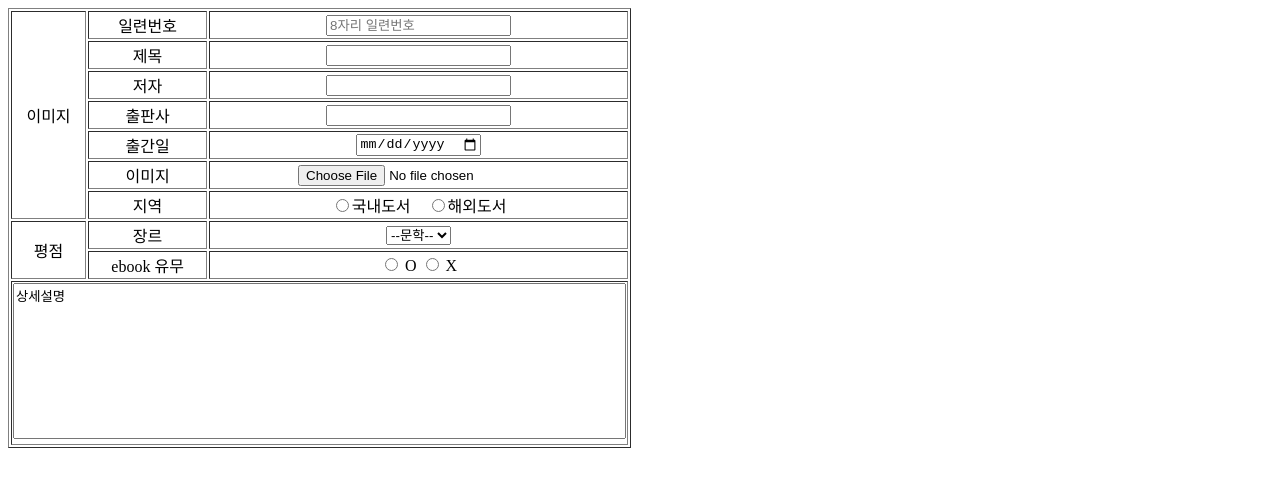
Repository: Served01/Project2_2209
Page: http://localhost/bookReviewProgram/bkListPro.jsp
The author's editor kept a copy of each file at every save. The page is drawn from the files as they stood at one save, then again after the next save.
The browser window is 1280 px wide. The pictures show the whole page.
The page is served by Tomcat 9. Other server files are loaded and not shown.

Above is the page before, as saved 2022-09-24 04:15:02.

### bookReviewProgram/src/main/webapp/bkListPro.jsp
<%@ page language="java" contentType="text/html; charset=UTF-8"
    pageEncoding="UTF-8"%>
<%request.setCharacterEncoding("UTF-8");%>
<!DOCTYPE html>
<html>
<head>
<meta charset="UTF-8">
<title>책 상세 정보 조회 화면</title>
</head>
<body>
<%

%>
<table border="1">
	<tr align = "center">
		<td rowspan="7">이미지</td>
		<td>일련번호</td>
		<td><input type="text" name="bk_number" placeholder="8자리 일련번호"/></td>
	</tr>
	<tr align = "center">
		<!-- <td> rowspan=7 -->
		<td>제목</td>
		<td><input type="text" name="bk_title"/></td>
	</tr>
	<tr align = "center">
		<!-- <td> rowspan=7 -->
		<td>저자</td>
		<td><input type="text" name="bk_writer"/></td>
	</tr>
	<tr align = "center">
		<!-- <td> rowspan=7 -->
		<td>출판사</td>
		<td><input type="text" name="bk_publisher"/></td>
	</tr>
	<tr align = "center">
		<!-- <td> rowspan=7 -->
		<td>출간일</td>
		<td><input type="date" name="bk_pubdate"/></td>
	</tr>
	<tr align = "center">
		<!-- <td> rowspan=7 -->
		<td>이미지</td>
		<td>&nbsp;&nbsp;&nbsp;<input type="file" value="파일 선택" name="bk_image"/>
	</tr>
	<tr align = "center">
		<!-- <td> rowspan=7 -->
		<td>지역</td>
		<td>
		<input type="radio" name="bk_local" value="0"/>국내도서
		&nbsp;&nbsp;
		<input type="radio" name="bk_local" value="1"/>해외도서
		</td>
	</tr>
	<tr align="center">
		<td rowspan="2">평점</td>
		<td>장르</td>
		<td>
			<select name="bk_genre">
				<option value="0">--문학--</option>
				<option value="1">--역사--</option>
				<option value="2">--소설--</option>
				<option value="3">--만화--</option>
				<option value="4">--기타--</option>
			</select>
		</td>
	</tr>
	<tr align="center">
		<!-- <td> rowspan=2 -->
		<td>ebook 유무</td>
		<td>
			<input type="radio" name="bk_ebook" value="0"/> O
			<input type="radio" name="bk_ebook" value="1"/> X
		</td>
	</tr>
	<!-- 작성일 sysdate 처리 -->
	<tr align="center">
		<td colspan="3">

			<textarea rows="10" cols="74" name="bk_detail" style ="resize:none">상세설명</textarea></td>
	</tr>

</table>
</body>
</html>

After the next save:
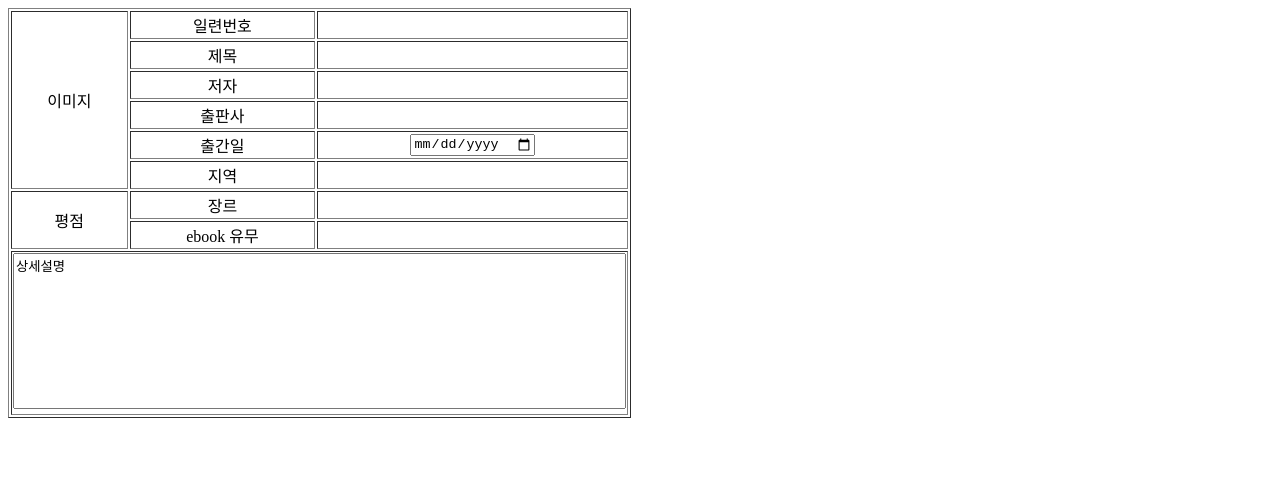
Saved 2 min 15 s later.
--- a/bookReviewProgram/src/main/webapp/bkListPro.jsp
+++ b/bookReviewProgram/src/main/webapp/bkListPro.jsp
@@ -13,69 +13,48 @@
 %>
 <table border="1">
 	<tr align = "center">
-		<td rowspan="7">이미지</td>
+		<td rowspan="6">이미지</td>
 		<td>일련번호</td>
-		<td><input type="text" name="bk_number" placeholder="8자리 일련번호"/></td>
+		<td></td>
 	</tr>
 	<tr align = "center">
-		<!-- <td> rowspan=7 -->
+		<!-- <td> rowspan=6 -->
 		<td>제목</td>
-		<td><input type="text" name="bk_title"/></td>
+		<td></td>
 	</tr>
 	<tr align = "center">
-		<!-- <td> rowspan=7 -->
+		<!-- <td> rowspan=6 -->
 		<td>저자</td>
-		<td><input type="text" name="bk_writer"/></td>
+		<td></td>
 	</tr>
 	<tr align = "center">
-		<!-- <td> rowspan=7 -->
+		<!-- <td> rowspan=6 -->
 		<td>출판사</td>
-		<td><input type="text" name="bk_publisher"/></td>
+		<td></td>
 	</tr>
 	<tr align = "center">
-		<!-- <td> rowspan=7 -->
+		<!-- <td> rowspan=6 -->
 		<td>출간일</td>
 		<td><input type="date" name="bk_pubdate"/></td>
 	</tr>
 	<tr align = "center">
-		<!-- <td> rowspan=7 -->
-		<td>이미지</td>
-		<td>&nbsp;&nbsp;&nbsp;<input type="file" value="파일 선택" name="bk_image"/>
-	</tr>
-	<tr align = "center">
-		<!-- <td> rowspan=7 -->
+		<!-- <td> rowspan=6 -->
 		<td>지역</td>
-		<td>
-		<input type="radio" name="bk_local" value="0"/>국내도서
-		&nbsp;&nbsp;
-		<input type="radio" name="bk_local" value="1"/>해외도서
-		</td>
+		<td></td>
 	</tr>
 	<tr align="center">
 		<td rowspan="2">평점</td>
 		<td>장르</td>
-		<td>
-			<select name="bk_genre">
-				<option value="0">--문학--</option>
-				<option value="1">--역사--</option>
-				<option value="2">--소설--</option>
-				<option value="3">--만화--</option>
-				<option value="4">--기타--</option>
-			</select>
-		</td>
+		<td></td>
 	</tr>
 	<tr align="center">
 		<!-- <td> rowspan=2 -->
 		<td>ebook 유무</td>
-		<td>
-			<input type="radio" name="bk_ebook" value="0"/> O
-			<input type="radio" name="bk_ebook" value="1"/> X
-		</td>
+		<td></td>
 	</tr>
 	<!-- 작성일 sysdate 처리 -->
 	<tr align="center">
 		<td colspan="3">
-
 			<textarea rows="10" cols="74" name="bk_detail" style ="resize:none">상세설명</textarea></td>
 	</tr>
 
